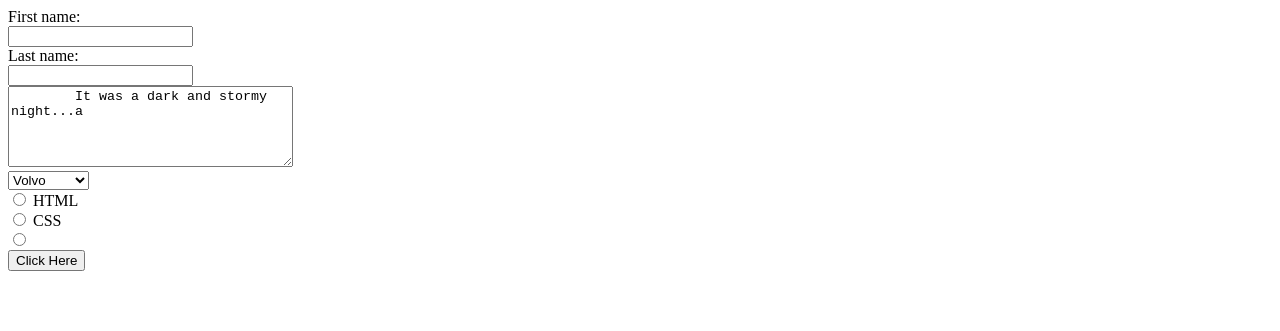
Repository: KANNAHWORLD/201Work
Page: lab9/Lab11/src/main/webapp/lab11.html
An editor plug-in stored every save of this project. The page is shown before and after the next save, followed by the edit.
The browser window is 1280 px wide. The pictures show the whole page.

Above is the page before, as saved 2022-11-16 20:57:09.

### lab9/Lab11/src/main/webapp/lab11.html
<!DOCTYPE html>
<html>
<head>
<meta charset="UTF-8">
<title>Sid's Clusterfuck</title>
</head>
<body>

<form action = "submit" method = "GET">

  <label for="fname">First name:</label><br>

  <input type="text" id="fname" name="fname"><br>

  <label for="lname">Last name:</label><br>
  <input type="text" id="lname" name="lname"><br>


  <textarea id="story" name="story"
          rows="5" cols="33">
	It was a dark and stormy night...a
	</textarea>
	<br>
	<select name="cars" id="cars">
	  <option value="volvo">Volvo</option>
	  <option value="saab">Saab</option>
	  <option value="mercedes">Mercedes</option>
	  <option value="audi">Audi</option>
	</select>
	<br>
	<input type="radio" id="html" name="fav_language" value="HTML">
		<label for="html">HTML</label><br>
		<input type="radio" id="css" name="fav_language" value="CSS">
		<label for="css">CSS</label><br>
	<input type="radio" id="javascript" name="fav_language" value="JavaScript">
  <br>
  	<input type = "submit" value = "Click Here" >

</form>

</body>
</html>

After the next save:
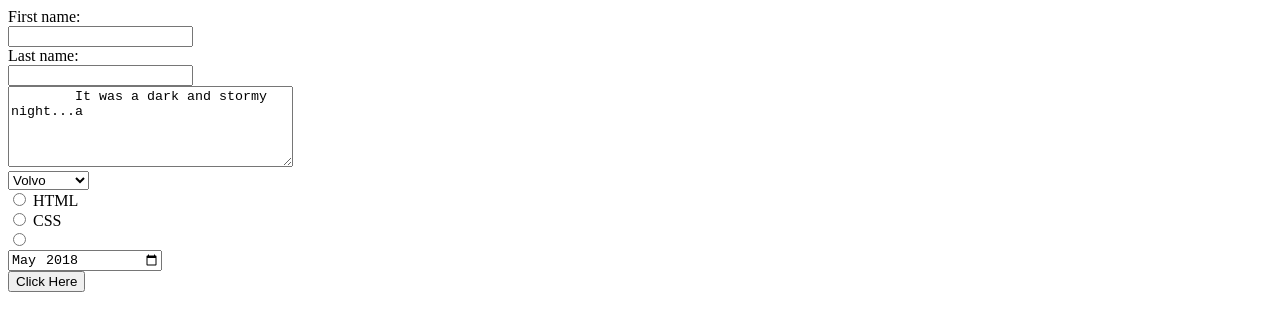
Saved 41 s later.
--- a/lab9/Lab11/src/main/webapp/lab11.html
+++ b/lab9/Lab11/src/main/webapp/lab11.html
@@ -34,6 +34,11 @@
 		<label for="css">CSS</label><br>
 	<input type="radio" id="javascript" name="fav_language" value="JavaScript">
   <br>
+  <input type="month" id="start" name="start"
+       min="2018-03" value="2018-05">
+       <br>
+
+
   	<input type = "submit" value = "Click Here" >
 
 </form>
